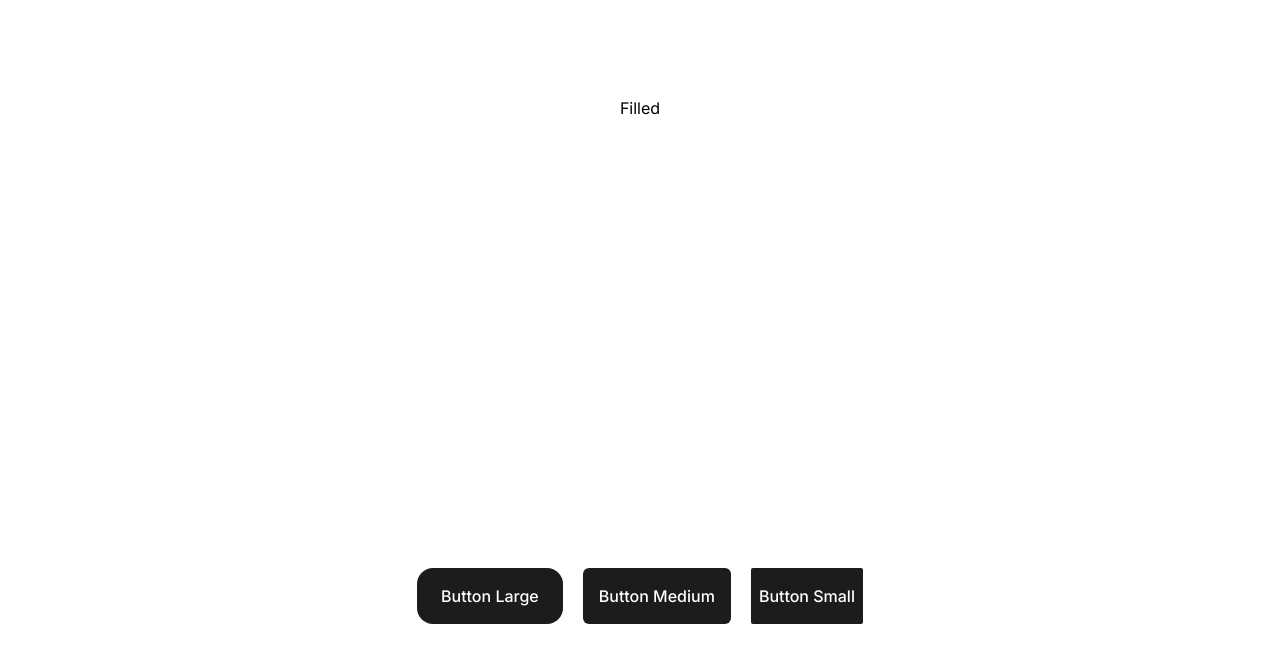
Repository: ggonzaga29/polarized-dashboard
Page: /
An editor plug-in stored every save of this project. The page is shown before and after the next save, followed by the edit.
The browser window is 1280 px wide. The pictures show the whole page.
The project was rebuilt for these pictures with package versions that can differ from the ones it lists, and the page was loaded fresh each time. The framework's server and built-in components were replaced by stand-ins that run in the browser. Also part of the build but not shown: next.config.js.

Above is the page before, as saved 2023-08-03 12:53:05.

After the next save:
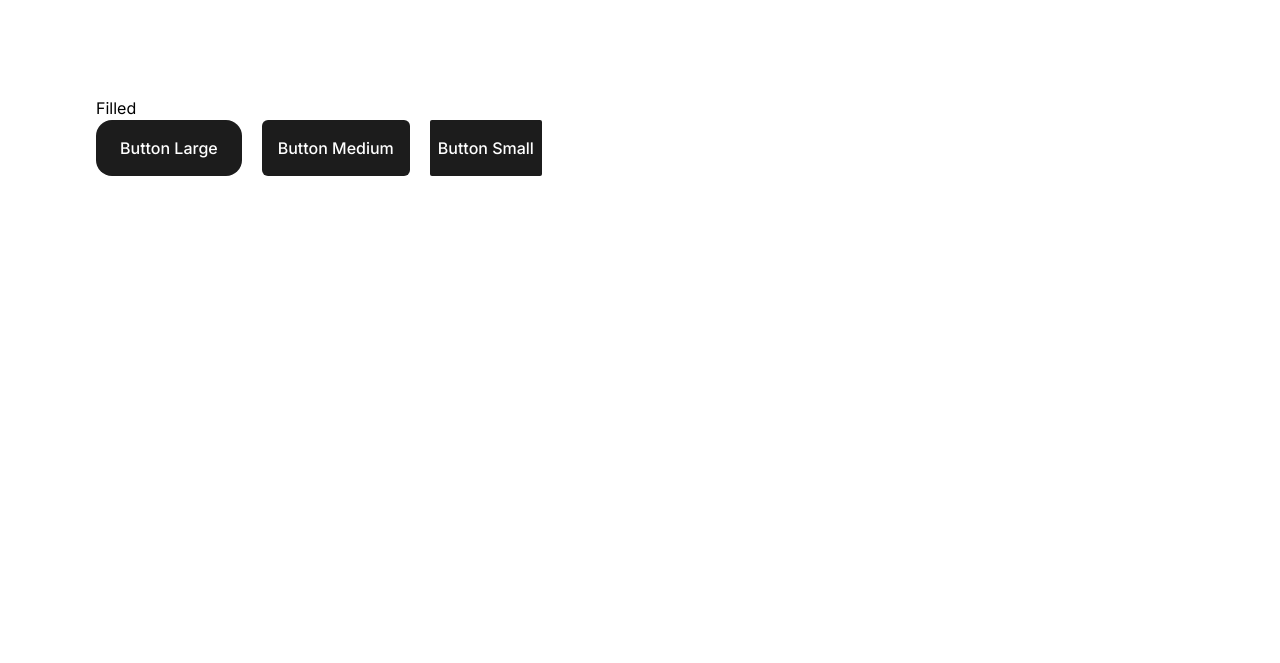
Saved 4 s later.
--- a/src/app/page.jsx
+++ b/src/app/page.jsx
@@ -3,7 +3,7 @@ import { Button } from '@/components/ui/button';
 
 export default function Home() {
   return (
-    <main className="flex min-h-screen flex-col items-center justify-between p-24">
+    <main className="min-h-screen flex-col items-center justify-between p-24">
       <h2>Filled</h2>
       <div className="flex gap-5 ">
         <Button variant="filled" size="lg">
